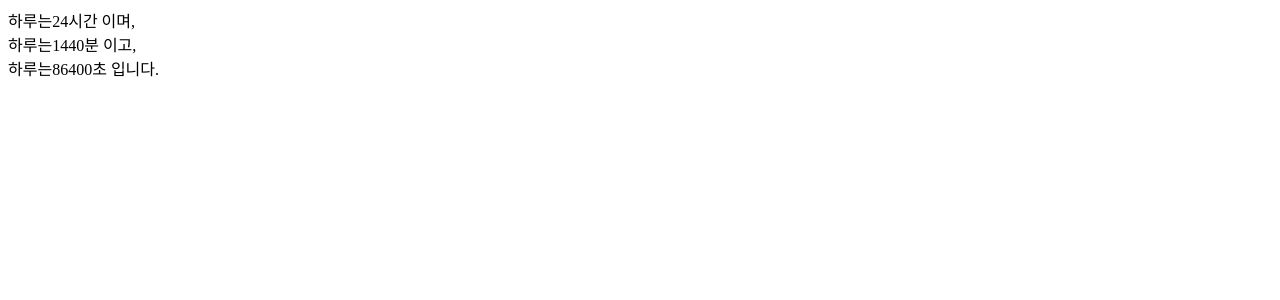
Repository: gambler1541/JSP
Page: http://localhost/first_jsp/jsp_1/scriptlet.jsp
The author's editor kept a copy of each file at every save. The page is drawn from the files as they stood at one save, then again after the next save.
The browser window is 1280 px wide. The pictures show the whole page.
The page is served by Tomcat 9.

Above is the page before, as saved 2020-06-22 05:48:44.

After the next save:
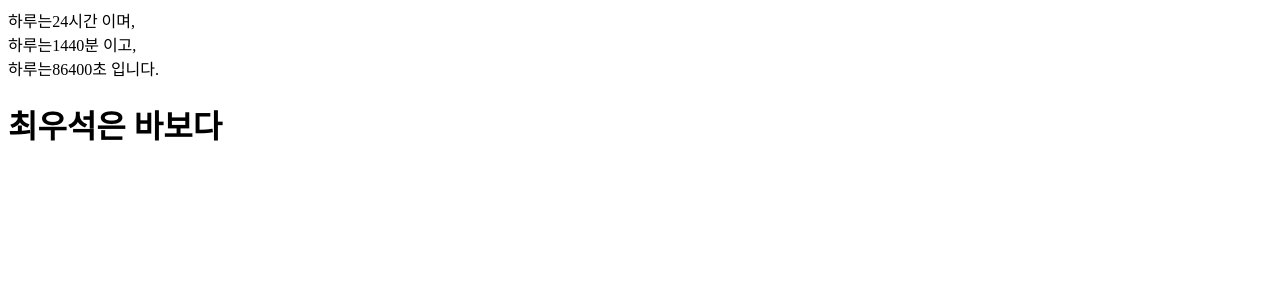
Saved 67 s later.
--- a/first_jsp/WebContent/jsp_1/scriptlet.jsp
+++ b/first_jsp/WebContent/jsp_1/scriptlet.jsp
@@ -14,5 +14,7 @@
 		out.println("하루는" + i * 60 + "분 이고, <br>");
 		out.println("하루는" + i * 60 * 60  + "초 입니다.");
 	%>
+
+	<h1 color="red">최우석은 바보다</h1>
 </body>
 </html>
